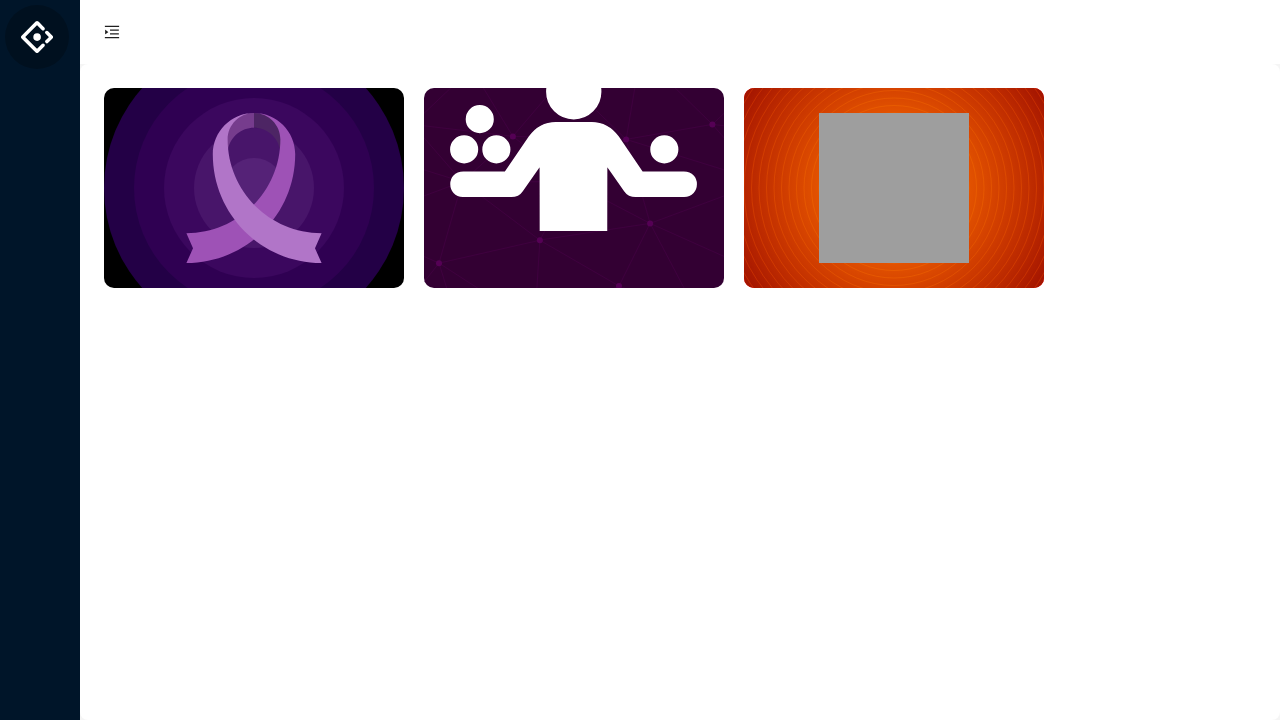
Repository: xshamrose/RAYi-AI
Page: / (app in client/)
An editor plug-in stored every save of this project. The page is shown before and after the next save, followed by the edit.
The browser window is 1280 px wide. The pictures show the whole page.
Pictures or frames that could not be fetched are drawn as grey boxes. The project was rebuilt for these pictures with package versions that can differ from the ones it lists, and the page was loaded fresh each time. Also part of the build but not shown: client/src/pages/Candetect.css, client/src/pages/Header.js, client/src/pages/Candetect.js, client/src/pages/Chatbox.js.

Above is the page before, as saved 2024-03-11 19:01:49.

After the next save:
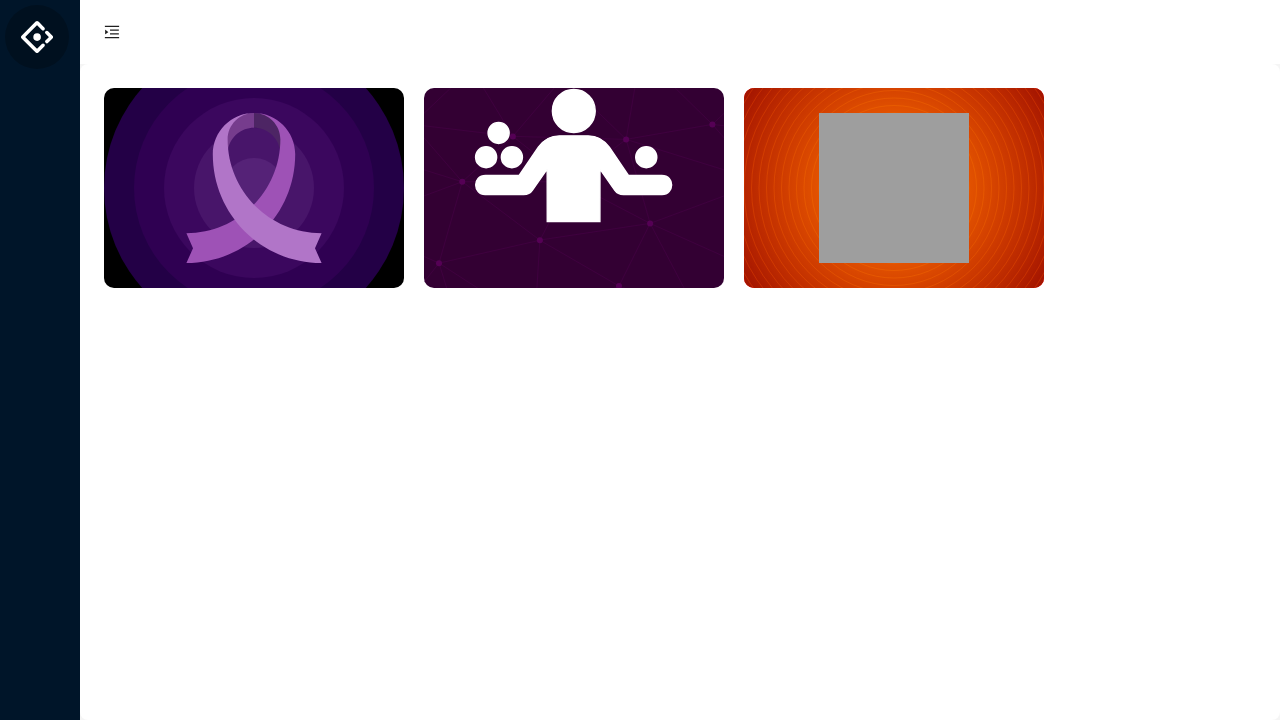
Saved 16 s later.
--- a/client/src/pages/home.css
+++ b/client/src/pages/home.css
@@ -77,8 +77,8 @@
   }
   .count{
 
-    height: 250px;
-    width: 250px;
+    height: 200px;
+    width: 200px;
     position: absolute;
   }
   .faceid{
